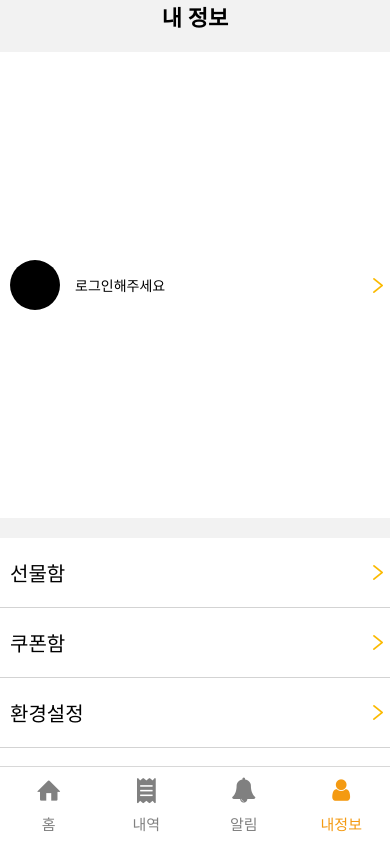
Repository: Unique0902/GachiDutch
Screen: /User
An editor plug-in stored every save of this project. The screen is shown before and after the next save, followed by the edit.
The app was drawn by React Native's web renderer in a window 390 px wide. The project was rebuilt for these pictures with package versions that can differ from the ones it lists, and the page was loaded fresh each time. Some packages were replaced by stand-ins written for this rebuild. Also part of the build but not shown: sources/components/lowBar/lowBar.jsx, sources/components/taxi/taxi.jsx, sources/components/alarm/alert.js, sources/components/alarm/alarm.jsx, sources/components/dutch_history/dutch_history.jsx, sources/components/dutchpay_historys/dutchpay_historys.jsx, sources/components/delivery_historys/delivery_historys.jsx, sources/components/taxi_historys/taxi_historys.jsx and 3 more.

Above is the screen before, as saved 2022-11-11 17:00:46.

After the next save:
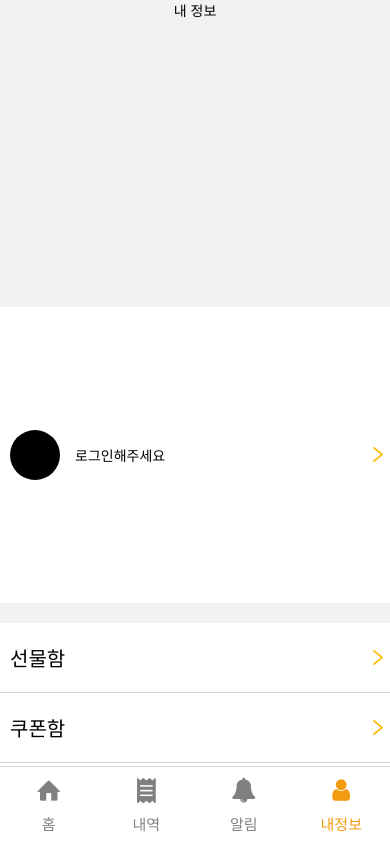
Saved 53 s later.
--- a/sources/components/user/user.jsx
+++ b/sources/components/user/user.jsx
@@ -36,8 +36,8 @@ export default function User({
   }, []);
   return (
     <View style={styles.container}>
-      <View>
-        <Text style={[styles.header, headerStyle]}>내 정보</Text>
+      <View style={[styles.header, headerStyle]}>
+        <Text>내 정보</Text>
       </View>
       <Pressable style={styles.profileBtn}>
         <Pressable onPress={onProfilePress}>
